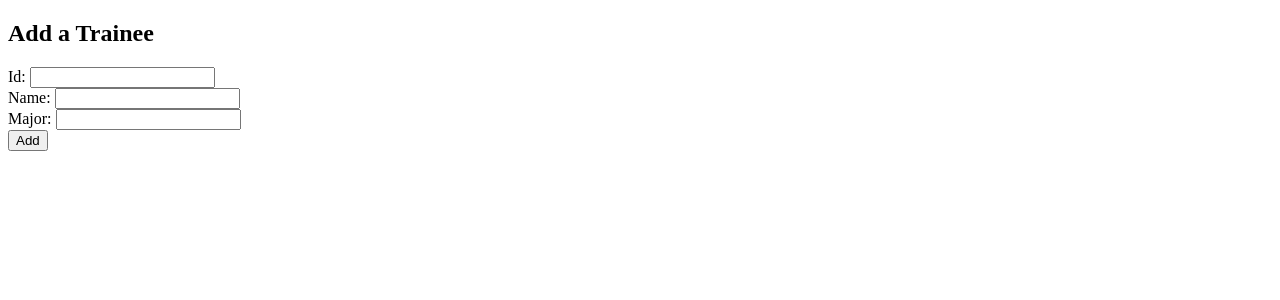
Repository: Peacepapi/1702Java
Page: jquery/WebContent/trainee.html
An editor plug-in stored every save of this project. The page is shown before and after the next save, followed by the edit.
The browser window is 1280 px wide. The pictures show the whole page.
Some web libraries are served in a nearby version.

Above is the page before, as saved 2017-03-08 15:15:48.

### jquery/WebContent/trainee.html
<!DOCTYPE html>
<html>
<head>
<meta charset="ISO-8859-1">
<title>Trainee Mgmt</title>
<script src="https://ajax.googleapis.com/ajax/libs/jquery/3.1.1/jquery.min.js"></script>
</head>
<body>
<form action="#">
<h2>Add a Trainee</h2>
	Id: <input type="text" id="id"> <br/>
	Name: <input type="text" id="name"> <br/>
	Major: <input type="text" id="major"> <br/>
	<input type="submit" id="add" value="Add"> <br/>
</form>
</body>
<script type="text/javascript">
// trainee constructor
function Trainee(id,name,major) {
	this.id = id;
	this.name = name;
	this.major = major;
}
// get trainee from form
function process(){
	var trainee =
		new Trainee( $('#id').val(), $('#name').val(), $('#major').val() );
	console.log(trainee);
	return trainee;
}
// process when add button clicked
$('#add').click(process);
</script>
</html>

After the next save:
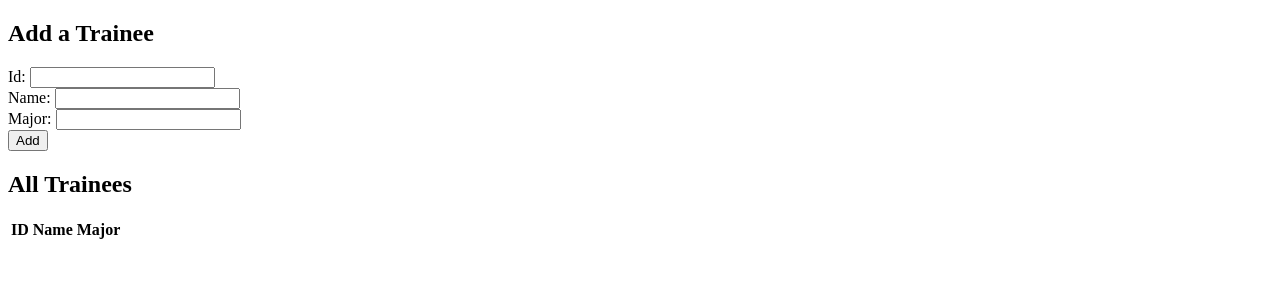
Saved 116 s later.
--- a/jquery/WebContent/trainee.html
+++ b/jquery/WebContent/trainee.html
@@ -13,6 +13,12 @@
 	Major: <input type="text" id="major"> <br/>
 	<input type="submit" id="add" value="Add"> <br/>
 </form>
+
+<h2>All Trainees</h2>
+<table>
+	<tr><th>ID</th><th>Name</th><th>Major</th></tr>
+</table>
+
 </body>
 <script type="text/javascript">
 // trainee constructor
